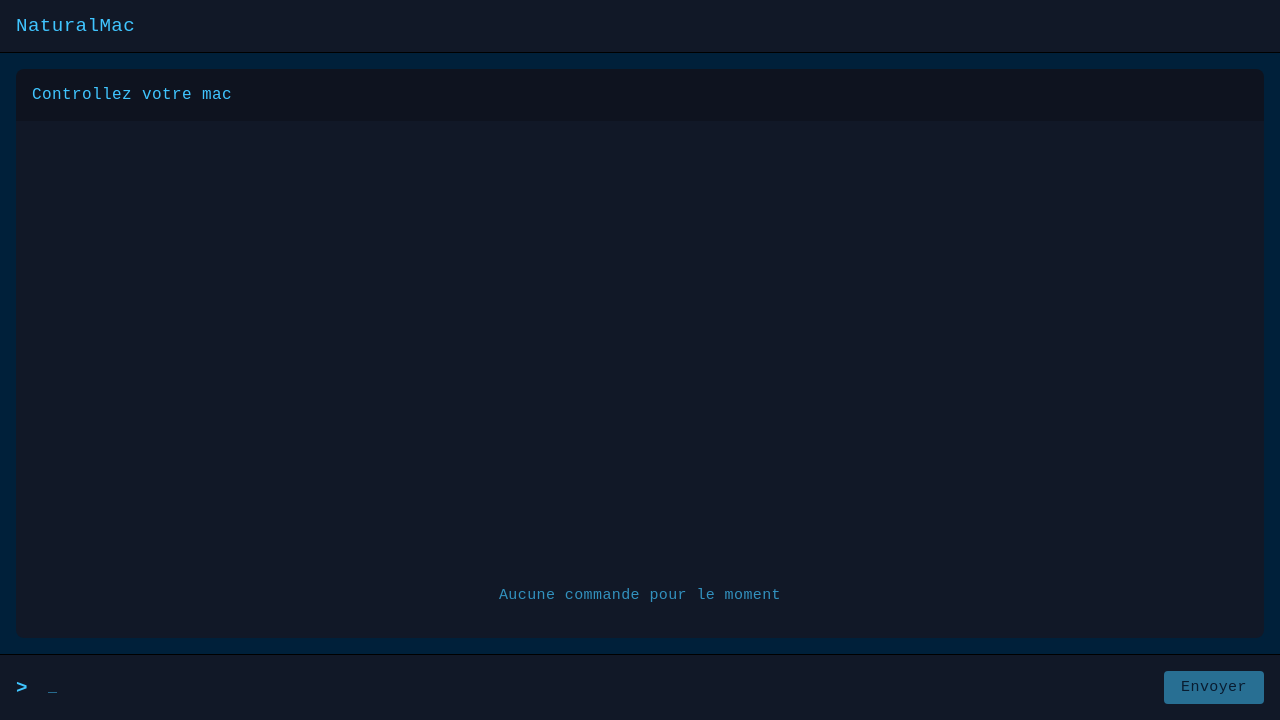
Repository: flobutbut/NaturalMac
Page: /
These files come from the project's save history. The page is drawn as it stood at one moment and after the next save; the edit follows.
The browser window is 1280 px wide. The pictures show the whole page.
The page's requests for data from a server got no answer. The project was rebuilt for these pictures with package versions that can differ from the ones it lists, and the page was loaded fresh each time. No one was signed in, and anything a server would have sent is missing. Also part of the build but not shown: vite.config.ts, src/components/command/CommandItem.vue.

Above is the page before, as saved 2025-03-10 22:24:22.

After the next save:
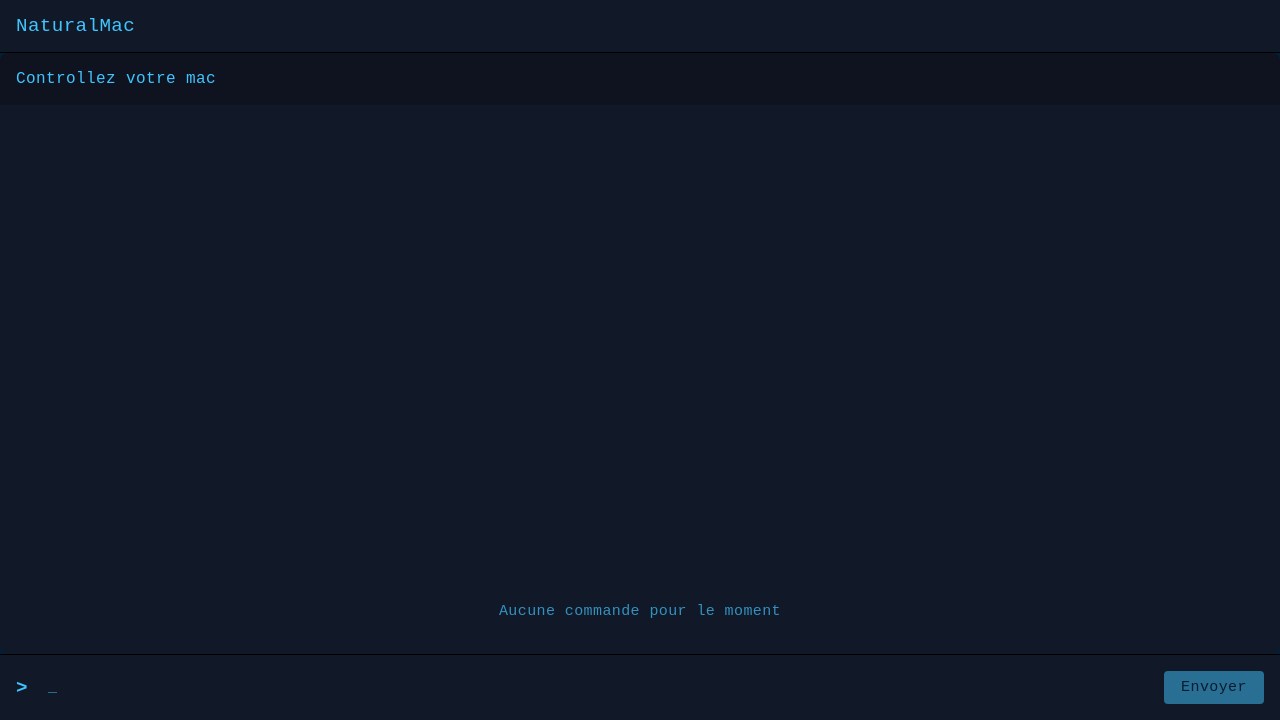
Saved 48 s later.
--- a/src/App.vue
+++ b/src/App.vue
@@ -43,7 +43,7 @@ import CommandHistory from '@/components/command/CommandHistory.vue'
 .app-main {
   flex: 1;
   overflow: hidden;
-  padding: 1rem;
+
 }
 
 .app-footer {
